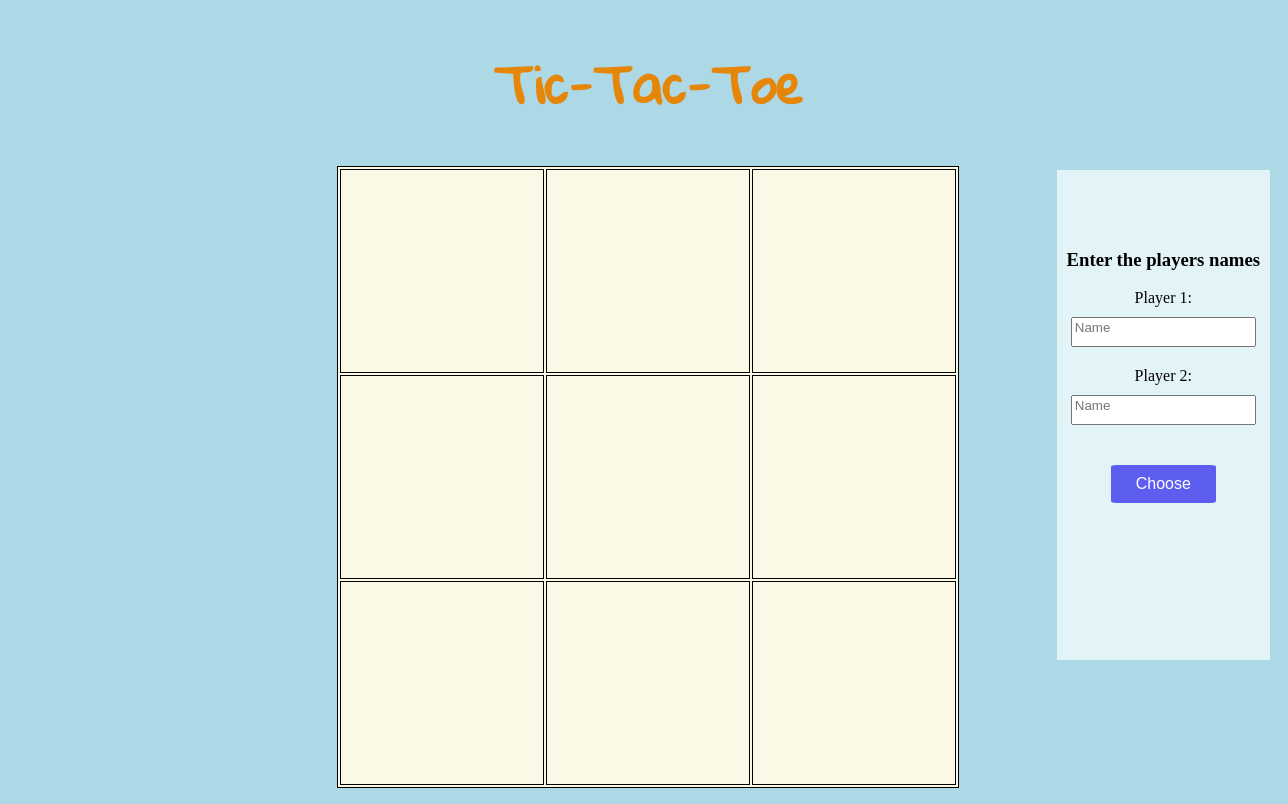
Repository: Chris-Paisley/tic-tac-toe-finished
Page: index.html
The author's editor kept a record of every edit. The page is drawn from the files as they stood at one moment, then again after the next edit.
The browser window is 1280 px wide. The page is 1288 px wide, so the pictures cover 1288 px, including what lies to the right of the window. The pictures show the whole page.

Above is the page before.

### index.html
<!DOCTYPE HTML>

<html>

<head>
	<script type="text/javascript" src="jquery-3.2.1.min.js"></script>
    <link rel="stylesheet" href="home.css">
    <link href="https://fonts.googleapis.com/css?family=Gloria+Hallelujah|Sigmar+One" rel="stylesheet">
	<meta http-equiv="Content-Type" content="text/html; charset=UTF-8" />
	<title>Tic-Tac-Toe</title>
</head>

<body>

	<header>
	    <h1>Tic-Tac-Toe</h1>
	</header>
	<table id='aTable' class='game'>
	    <tr id='rOne'>
	        <td id='squ1' class='game square'></td>
	        <td id='squ2' class='game square'></td>
	        <td id='squ3'class='game square'></td>
	    </tr>
	     <tr id='rTwo'>
	        <td  id='squ4' class='game square'></td>
	        <td  id='squ5' class='game square'></td>
	        <td id='squ6' class='game square'></td>
	    </tr>
	     <tr id='rThree'>
	        <td id='squ7' class='game square'></td>
	        <td id='squ8' class='game square'></td>
	        <td id='squ9' class='game square'></td>
	    </tr>
	</table>
	<div class='playerName'>

		<form id="wholeForm">
        	<h3>Enter the players names</h3>
        	<div class='playerDiv'>
            <label>Player 1:</label></br>
            <input id='player1' type="text" class="player " placeholder="Name"></br>
            <label >Player 2:</label></br>
            <input id='player2' type="text" class="player" placeholder="Name"></br>
            <button id="myBtn" class="starting" >Choose</button>
            </div>
        </form>

        <div class='chooseX' style="display:none">
        		<h4><b class="pName"></b> </br> do you want X's or O's?</h4>
            <h4><button class='btnX choose1'>X </button> or <button class='btnO choose1'>O</button></h4>
         </div>
         <div class='xTurn' style="display:none">
        		<h4 class='btnX choose1'>X's </br> turn</h4>
         </div>
         <div class='oTurn' style="display:none">
        		<h4 class='btnO choose1'>O's </br> turn</h4>
         </div>
         <div class='xWins' style='display:none'>
        		<h4 class='over pName'> </br></h4>

        		<div>

        		</div>
         </div>
         <div class='oWins' style='display:none'>
        		<h4 class='over p2Name'></br></h4>

        		<div>

        		</div>

         </div>
         <div class='nWins' style='display:none'>

         	<div>

         	</div>
         </div>

       </div>
    </div>
	<footer>
		<p></p>
	</footer>

	<script src="game.js"></script>
</body>

</html>

### home.css
table, td {
    border: 1px solid black;
    margin: 0 auto;
    background-color: #fbf9e6;
    font-size: 100px;
    font-family: 'Sigmar One', cursive;

}

table {
    position: static;
}

td {
    height: 200px;
    width: 200px;
}

body {
    background-color: #add8e6;
    width: 100%;

}

h1 {
    font-family: 'Gloria Hallelujah', cursive;
    font-size: 50px;
    color: #e58609;
}

#myBtn, #rBtn{
    padding: 10px 25px;
    margin-top: 20px;
    border-radius: 5%;
    color: white;
    background-color: #5d5def;
    font-size: 16px;

}

#myBtn, #rBtn, .btnX, .btnO {
    text-decoration: none;
    border: none;
}

.playerName {
    background-color: #e3f4f9;
    position: fixed;
    right: 10px;
    top: 170px;
    bottom: 60px;
    overflow: auto;
    padding: 10px;
    padding-top: 60px;
}

.playerDiv, h4, h1, table, td {
    text-align: center;
}

.player{
    padding-bottom: 10px;
    margin-bottom: 20px;
    margin-top: 10px;
}

.btnX, .btnO{
   background-color: #e3f4f9;
}

.over, .btnX, .btnO{
    font-family: 'Sigmar One', cursive;
    font-size: 60px;
}
.over {
    line-height: 10px;
}
.btnX {
    color: red;
}
.btnO {
    color: blue;
}

### game.js
let x;
let o;
let turn;
let moveCount;
var startGame;
var win;
var flag;



$(document).ready(function() {
    //Collect all the td of the table
    var sp1 = $('#squ1');
    var sp2 = $('#squ2');
    var sp3 = $('#squ3');
    var sp4 = $('#squ4');
    var sp5 = $('#squ5');
    var sp6 = $('#squ6');
    var sp7 = $('#squ7');
    var sp8 = $('#squ8');
    var sp9 = $('#squ9');

    //Hold all possible wins
    const winHere =
        [[sp1, sp2, sp3],
        [sp4, sp5, sp6],
        [sp7, sp8, sp9],
        [sp1, sp4, sp7],
        [sp2, sp5, sp8],
        [sp3, sp6, sp9],
        [sp1, sp5, sp9],
        [sp3, sp5, sp7]
    ];

    function reset () {
        x = '';
        o = '';
        turn = 0;
        moveCount = 0;
        startGame = false;
        win = false;
        flag = true;
        return;
    }

    function setUp () {
        reset();
        newGame();
    }


    setUp();

    function newGame () {
        //make two players type in there names
            //press choose to go to choose x or o
        $(document).on('click', '#myBtn', function() {
            if($('#player1').val() != "" && $('#player2').val() != "") {
                $("#wholeForm").hide();
                let capName = $("#player1").val();
                let capName2 = $("#player2").val();
                $(".pName").text(capName.charAt(0).toUpperCase() + capName.slice(1));
                $(".p2Name").text(capName2.charAt(0).toUpperCase() + capName2.slice(1));
                $(".chooseX").show();
                return false;
            } else {
                alert("Please fill in names first!");
            }

        });

        //Make x or o buttons assign player one's name to the button clicked and p2 the other
        $(document).on('click', '.btnX', function(){
            startGame = true;
            if(startGame == true) {
                play();
            }
            x = $("#player1").val();
            o = $("#player2").val();
            $('.chooseX').hide();
            $('.xTurn').show();
            turn = 0;

        });

        $(document).on('click', '.btnO', function(){
            startGame = true;
            if(startGame == true) {
                play();
            }
            o = $("#player1").val();
            x = $("#player2").val();
            $('.chooseX').hide();
            $('.oTurn').show();
            turn = 1;
        });

    }
   //here


    function play(){
        $('#aTable').on('click', 'td', function() {
            //Counts moves
            moveCount = moveCount + 1;

            //Makes sure players can't click in a space thats already filled
            if ($(this).html() !== '') {
                return;
            }

            // Switches between players and marks the correct symbol in the td clicked
            if (turn == 0 && win == false) {
                $(this).text('X');
                $(this).addClass('spaceX');
                $('.xTurn').hide();
                $('.oTurn').show();
                turn = 1;
            }else if (turn == 1 && win == false){
                $(this).text('O');
                $(this).addClass('spaceO');
                $('.oTurn').hide();
                $('.xTurn').show();
                turn = 0;
            }

            //Loops through winHere combos to see if the move was a winning move
            //if it is display win message
                //Uses the winners name in win message
                    //Makes sure win message only fires once
            for(var i =0; i< winHere.length; i++){
                if(winHere[i][0].hasClass('spaceX') && winHere[i][1].hasClass('spaceX') && winHere[i][2].hasClass('spaceX')){
                    win = true;
                    $('.oTurn').hide();

                    if(x == $("#player1").val()){
                        $('.xWins').show();

                        if(flag){
                            $("<h4 class='over pName'> wins!</h4> <button id='rBtn' class='restarting' >Restart</button>").appendTo('.xWins');
                            flag = false;
                        }
                    }else {
                        $('.oWins').show();

                        if(flag){
                            $("<h4 class='over p2Name'> wins!</h4><button id='rBtn' class='restarting' >Restart</button>").appendTo('.oWins');
                            flag = false;
                        }
                    }


                } else if (winHere[i][0].hasClass('spaceO') && winHere[i][1].hasClass('spaceO') && winHere[i][2].hasClass('spaceO')){
                    win = true;
                    $('.xTurn').hide();
                    if(o == $("#player1").val()){
                        $('.xWins').show();
                        if(flag){
                            $("<h4 class='over pName'> wins!</h4><button id='rBtn' class='restarting' >Restart</button>").appendTo('.xWins');
                            flag = false;
                        }
                    }else {
                        $('.oWins').show();
                        if(flag){
                            $("<h4 class='over p2Name'> wins!</h4><button id='rBtn' class='restarting' >Restart</button>").appendTo('.oWins');
                            flag = false;
                        }
                    }

                }else if( moveCount == 9 && win == false) {
                    $('.oTurn').hide();
                    $('.xTurn').hide();
                    if(flag){
                        $(".nWins ").html("<h4 class='btnX'> Cats</br> game</h4></br> <button id='rBtn' class='restarting' >Restart</button>");
                        flag = false;
                    }
                   $('.nWins').show();
                }

            }
            if(moveCount == 9 || win == true){
                $('pAgain').show();
                $(document).on('click', '#rBtn', function(){
                    location.reload();
                });
            }

            });

    }



});




// player choose if they want x's or o's



// x when a player clicks on a space put piece there
    // x make sure space is empty
    //x make sure their piece is the one they picked
    //x checks to see if three matching in a row/col/diag
        //x if three matching ==="WINNER ${name}!"
        //x if not switch to other players turn
//x WINNER stops game
    //lets restart game

Loaded but not shown: jquery-3.2.1.min.js (library)

After the next edit:
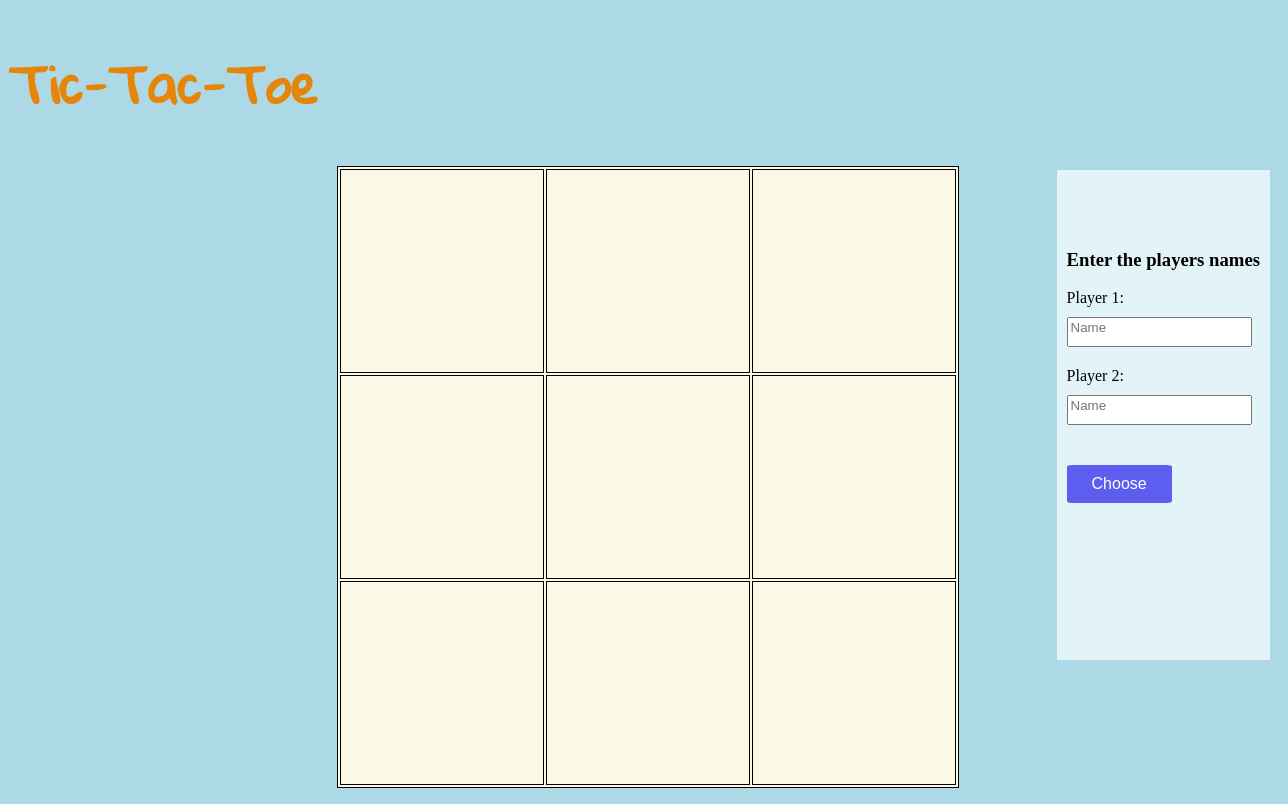
The edit:
--- a/home.css
+++ b/home.css
@@ -54,9 +54,7 @@
     padding-top: 60px;
 }
 
-.playerDiv, h4, h1, table, td {
-    text-align: center;
-}
+
 
 .player{
     padding-bottom: 10px;

After the edit that followed:
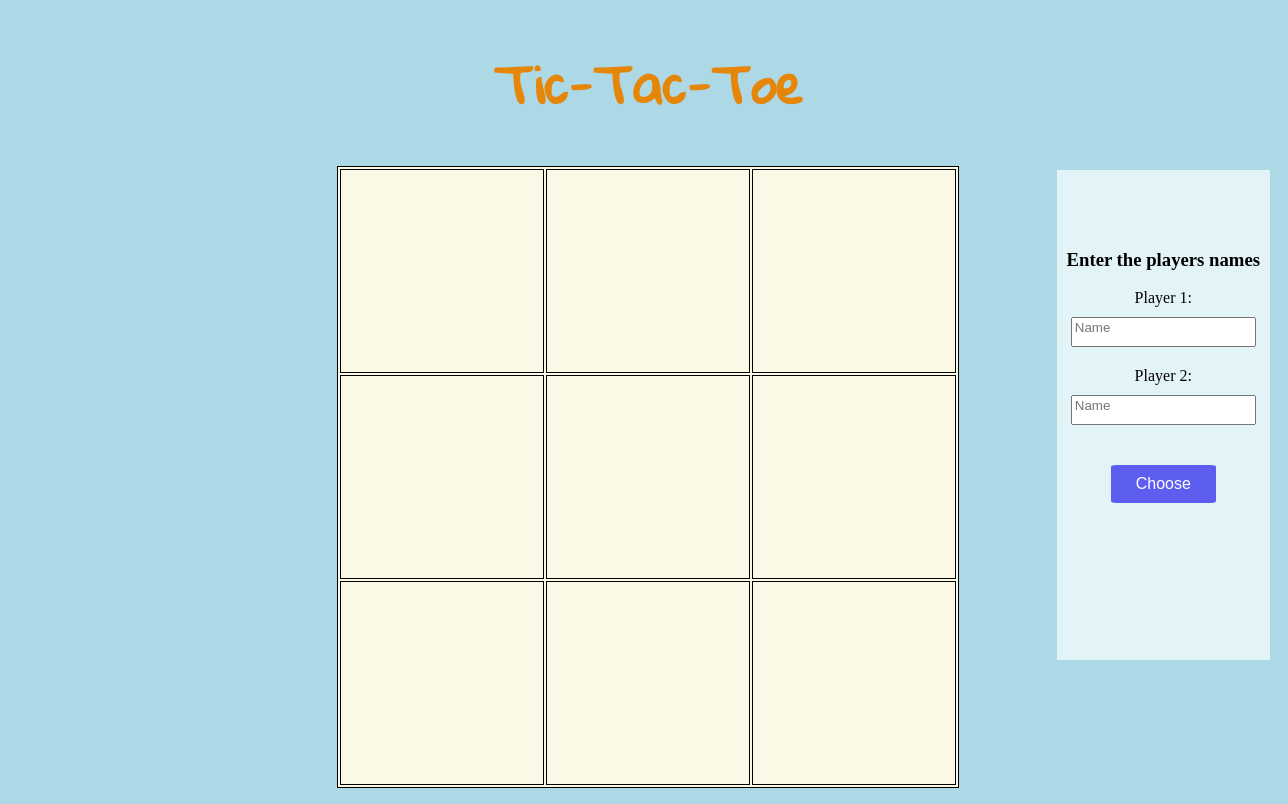
The edit:
--- a/home.css
+++ b/home.css
@@ -26,6 +26,9 @@
     font-family: 'Gloria Hallelujah', cursive;
     font-size: 50px;
     color: #e58609;
+}
+.playerDiv, h4, h1, table, td {
+    text-align: center;
 }
 
 #myBtn, #rBtn{
